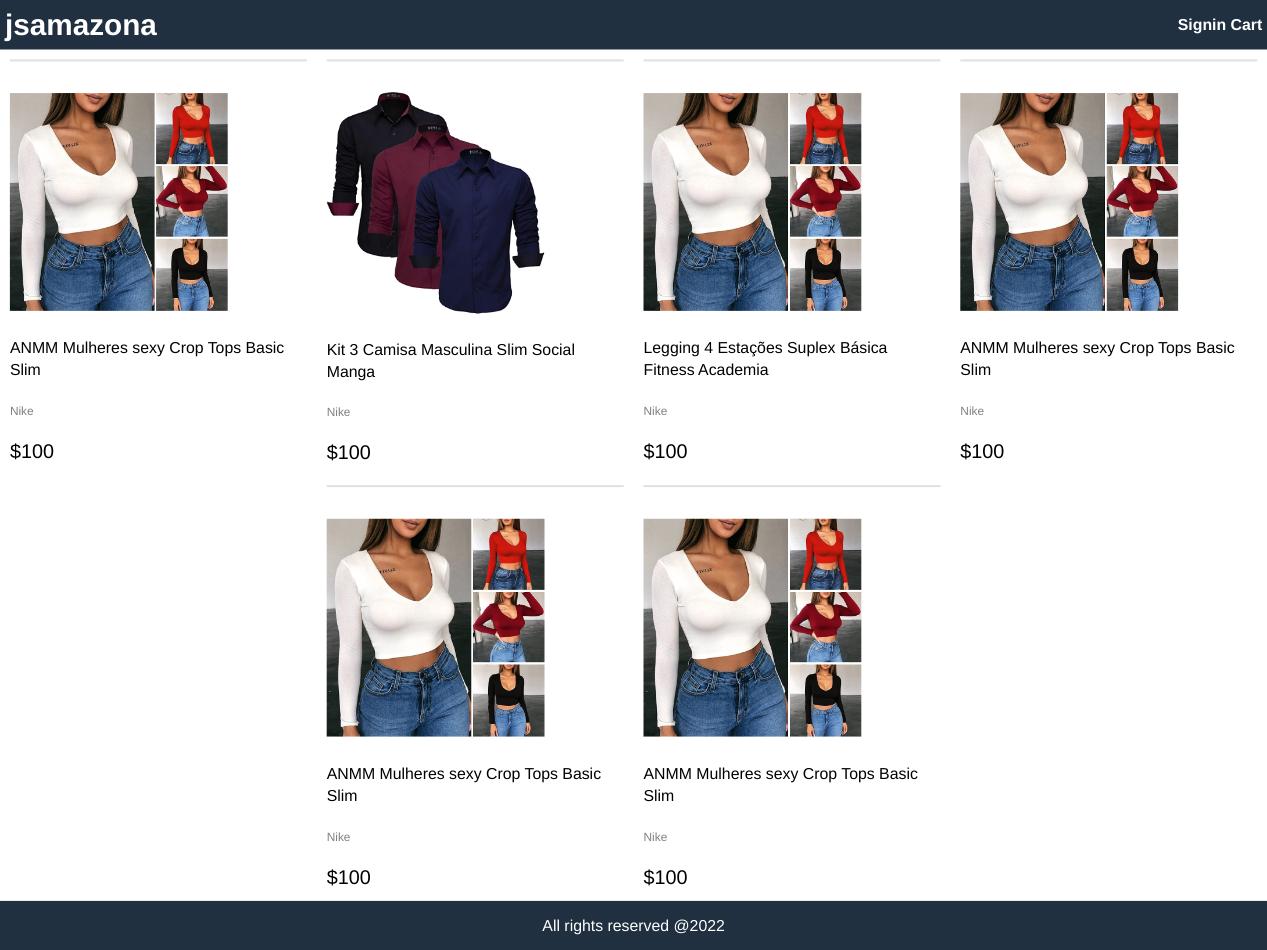
Repository: Mardoqueu/ecommerce-website
Page: jsamazona/frontend/src/index.html
These files come from the project's save history. The page is drawn as it stood at one moment and after the next save; the edit follows.
The browser window is 1280 px wide. The pictures show the whole page, at 99% of full size.

Above is the page before, as saved 2022-09-12 10:32:20.

After the next save:
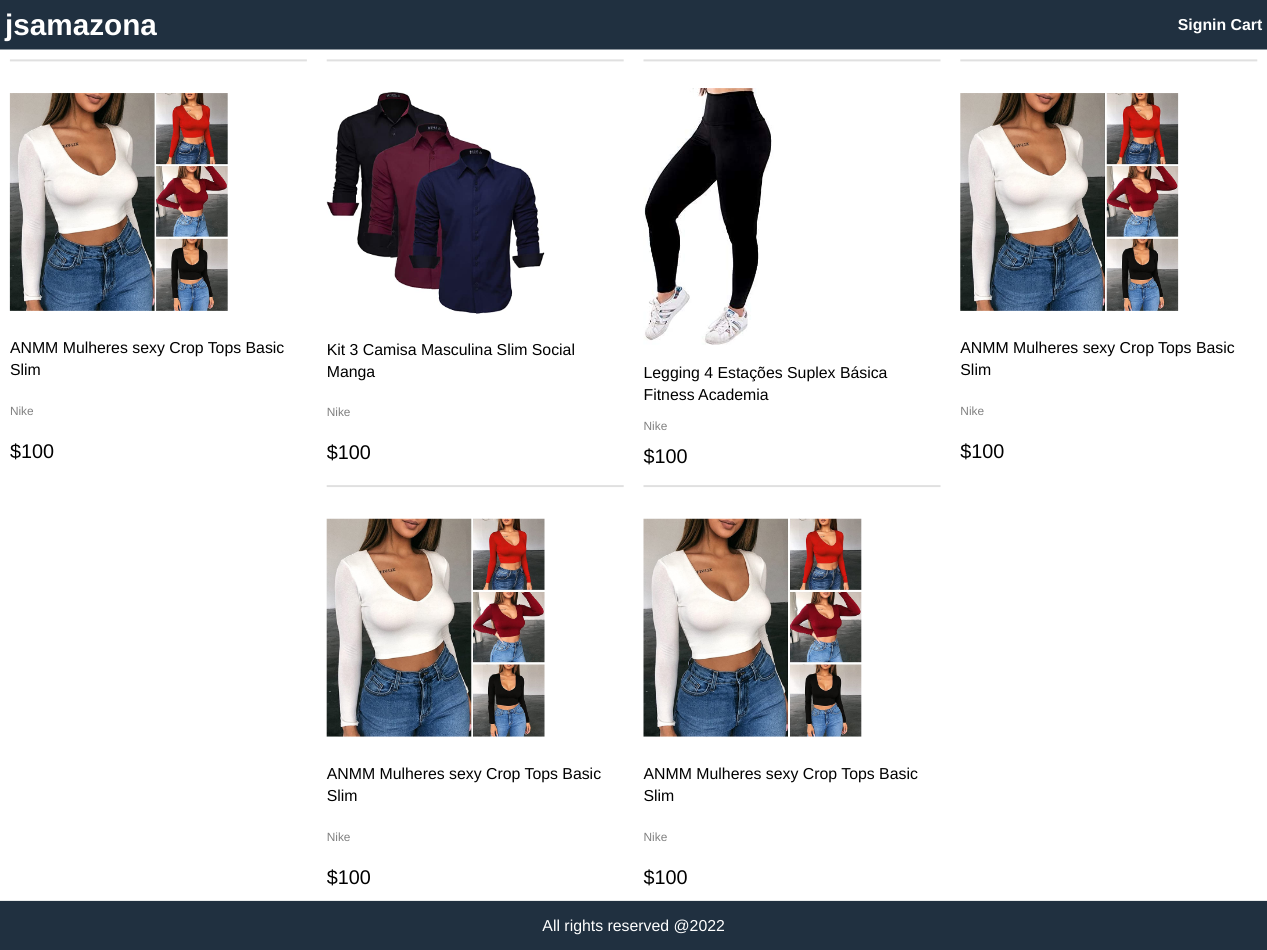
Saved 18 s later.
--- a/jsamazona/frontend/src/index.html
+++ b/jsamazona/frontend/src/index.html
@@ -52,7 +52,7 @@
             <li>
               <div class="product">
                 <a href="/#/products/1">
-                  <img src="images/product-1.jpg" alt="product 1" />
+                  <img src="images/product-3.jpg" alt="product 1" />
                 </a>
                 <div class="product-name">
                   <a href="/#/products/1">
